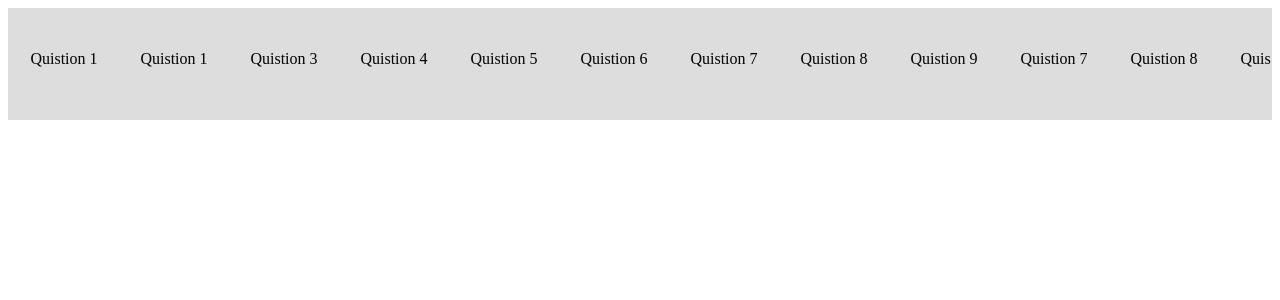
Repository: special4Party/Graduation-project-wedding-hall
Page: include/temp/test.html
These files come from the project's save history. The page is drawn as it stood at one moment and after the next save; the edit follows.
The browser window is 1280 px wide. The pictures show the whole page.

Above is the page before, as saved 2022-04-29 23:53:36.

### include/temp/test.html
<!DOCTYPE html>
<html lang="en">
<head>
    <meta charset="UTF-8">
    <title>Quistion to Admin page</title>
    <link rel="stylesheet" href="/layout/css/test.css">
</head>
<body>
    <div class="wrapper">
        <div class="item">Quistion 1</div>
        <div class="item">Quistion 1</div>
        <div class="item">Quistion 3</div>
        <div class="item">Quistion 4</div>
        <div class="item">Quistion 5</div>
        <div class="item">Quistion 6</div>
        <div class="item">Quistion 7</div>
        <div class="item">Quistion 8</div>
        <div class="item">Quistion 9</div>
        <div class="item">Quistion 7</div>
        <div class="item">Quistion 8</div>
        <div class="item">Quistion 9</div>
        <div class="item">Quistion 7</div>
        <div class="item">Quistion 8</div>
        <div class="item">Quistion 9</div>
    </div>
</body>
</html>

### layout/css/test.css
.wrapper{
    max-height: 120px;
    border: 1px solid #ddd;
    display: flex;
    overflow-x: auto;
}
.wrapper .item{
    min-width: 110px;
    height: 110px;
    line-height: 100px;
    text-align: center;
    background-color: #ddd;
}

After the next save:
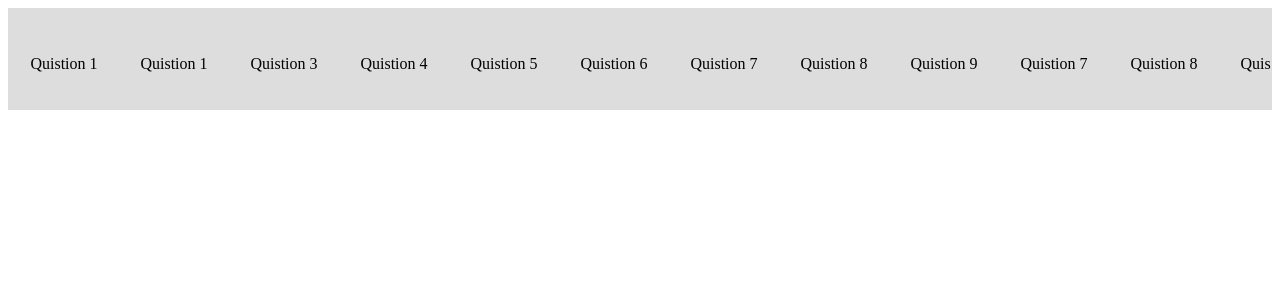
Saved 26 s later.
--- a/layout/css/test.css
+++ b/layout/css/test.css
@@ -6,8 +6,8 @@
 }
 .wrapper .item{
     min-width: 110px;
-    height: 110px;
-    line-height: 100px;
+    height: 100px;
+    line-height: 110px;
     text-align: center;
     background-color: #ddd;
 }
